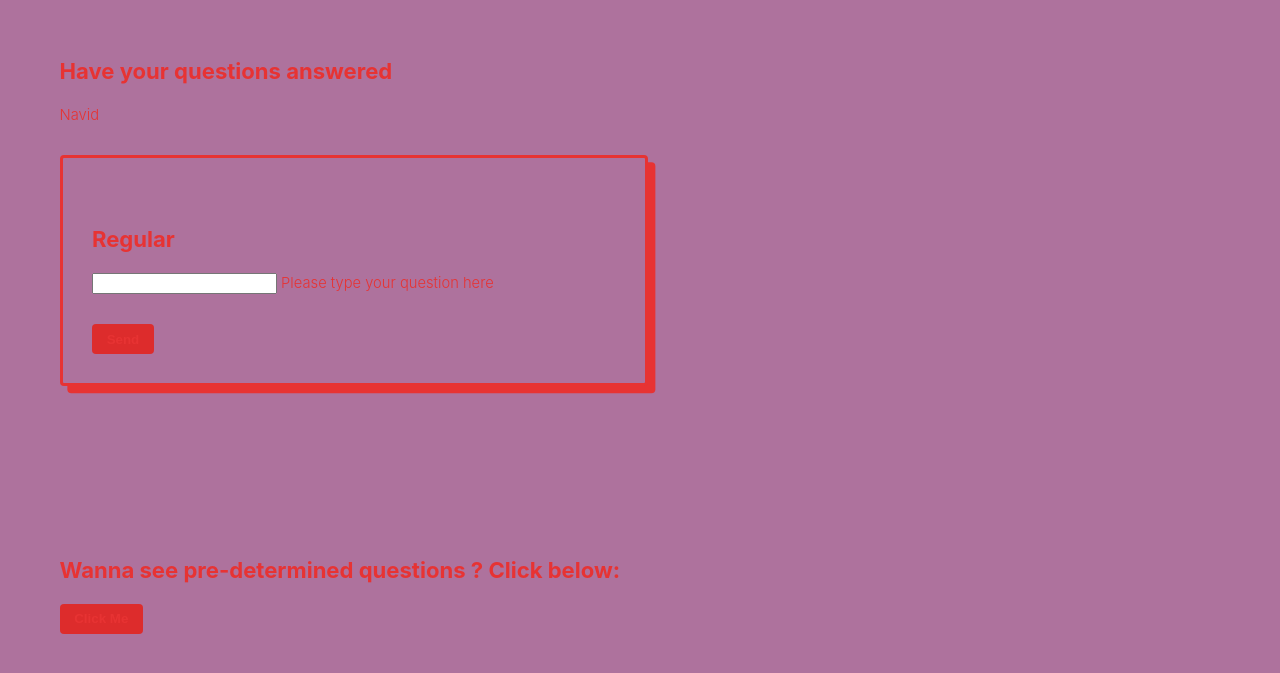
Repository: navid-amini12/capstone-1
Page: quiz.html
The author's editor kept a copy of each file at every save. The page is drawn from the files as they stood at one save, then again after the next save.
The browser window is 1280 px wide. The pictures show the whole page.
Some web fonts or font styles are not loaded; a fallback is used.

Above is the page before, as saved 2022-05-17 13:23:57.

### quiz.html

<head>
    <link rel="stylesheet" href="quiz.css">
    </head>

<article class="l-design-widht">
    <h1>Have your questions answered</h1>

   <p>Navid</p>

    <div class="card">
      <h2><svg class="icon" aria-hidden="true">
        <h2>Regular</h2>
      <label class="input">
        <input class="input__field" type="text" placeholder=" " />
        <span class="input__label">Please type your question here</span>
      </label>
      <div class="button-group">
        <button>Send</button>

      </div>
    </div>



  <svg xmlns="http://www.w3.org/2000/svg" class="hidden">
    <symbol id="icon-coffee" viewBox="0 0 20 20">
      <title>icon-coffee</title>
      <path fill="currentColor" d="M15,17H14V9h3a3,3,0,0,1,3,3h0A5,5,0,0,1,15,17Zm1-6v3.83A3,3,0,0,0,18,12a1,1,0,0,0-1-1Z"/>
      <rect fill="currentColor" x="1" y="7" width="15" height="12" rx="3" ry="3"/>
      <path fill="var(--color-accent)" d="M7.07,5.42a5.45,5.45,0,0,1,0-4.85,1,1,0,0,1,1.79.89,3.44,3.44,0,0,0,0,3.06,1,1,0,0,1-1.79.89Z"/>
      <path fill="var(--color-accent)" d="M3.07,5.42a5.45,5.45,0,0,1,0-4.85,1,1,0,0,1,1.79.89,3.44,3.44,0,0,0,0,3.06,1,1,0,1,1-1.79.89Z"/>
      <path fill="var(--color-accent)" d="M11.07,5.42a5.45,5.45,0,0,1,0-4.85,1,1,0,0,1,1.79.89,3.44,3.44,0,0,0,0,3.06,1,1,0,1,1-1.79.89Z"/>
    </symbol>
  </svg>


    <h1>Wanna see pre-determined questions ? Click below:</h1>
    <button>Click Me</button>

### quiz.css
@import url('https://rsms.me/inter/inter.css');

:root {
  --color-light: rgb(174, 114, 157);
  --color-dark: #e73333;
  --color-signal: #dd2c2c;

  --color-background: var(--color-light);
  --color-text: var(--color-dark);
  --color-accent: var(--color-signal);

  --size-bezel: .5rem;
  --size-radius: 4px;

  line-height: 1.4;

  font-family: 'Inter', sans-serif;
  font-size: calc(.6rem + .4vw);
  color: var(--color-text);
  background: var(--color-background);
  font-weight: 300;
  padding: 0 calc(var(--size-bezel) * 3);
}





.card {
  background: var(--color-background);
  padding: calc(4 * var(--size-bezel));
  margin-top: calc(4 * var(--size-bezel));
  border-radius: var(--size-radius);
  border: 3px solid var(--color-shadow, currentColor);
  box-shadow: .5rem .5rem 0 var(--color-shadow, currentColor);




}


.l-design-widht {
  max-width: 40rem;
  padding: 2rem;
}

.input {
  position: relative;
}
.button-group {
  margin-top: 30px
}
button {
  color: currentColor;
  padding: var(--size-bezel) calc(var(--size-bezel) * 2);
  background: var(--color-accent);
  border: none;
  border-radius: var(--size-radius);
  font-weight: 900;
}


.icon {
  display: inline-block;
  height: 0em;
  margin-right: .5em;
}

After the next save:
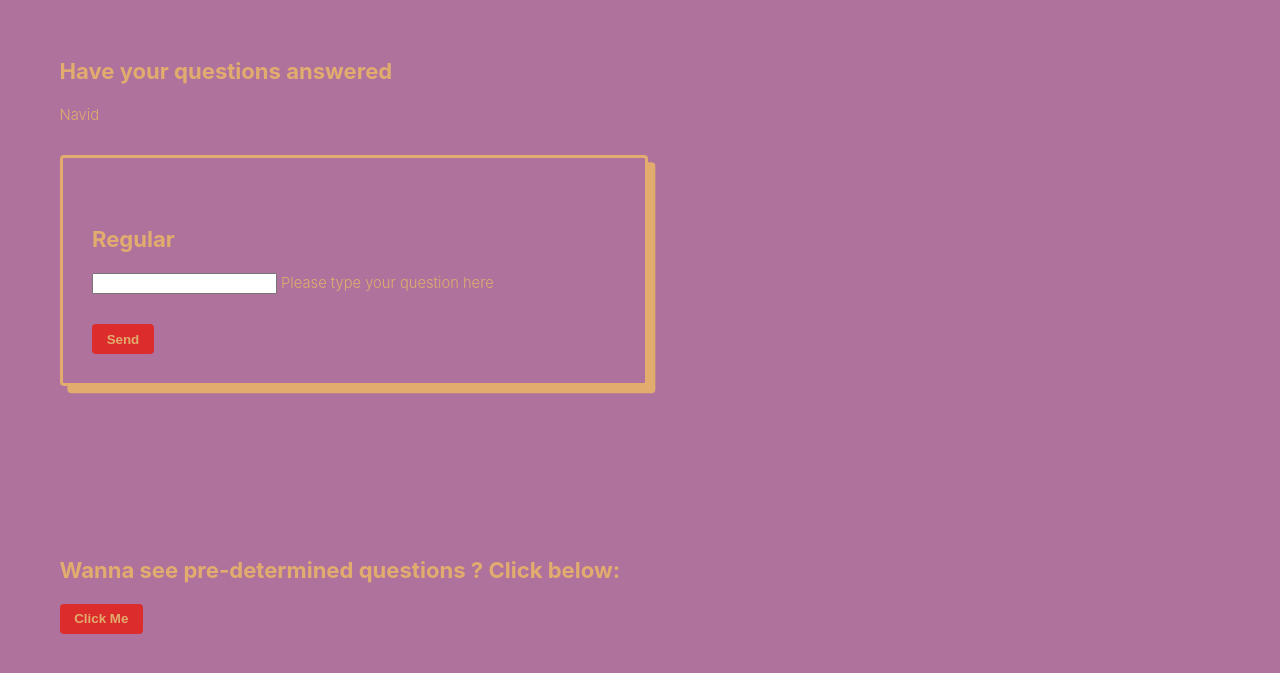
Saved 17 s later.
--- a/quiz.css
+++ b/quiz.css
@@ -2,7 +2,7 @@
 
 :root {
   --color-light: rgb(174, 114, 157);
-  --color-dark: #e73333;
+  --color-dark: #e1ac6e;
   --color-signal: #dd2c2c;
 
   --color-background: var(--color-light);
